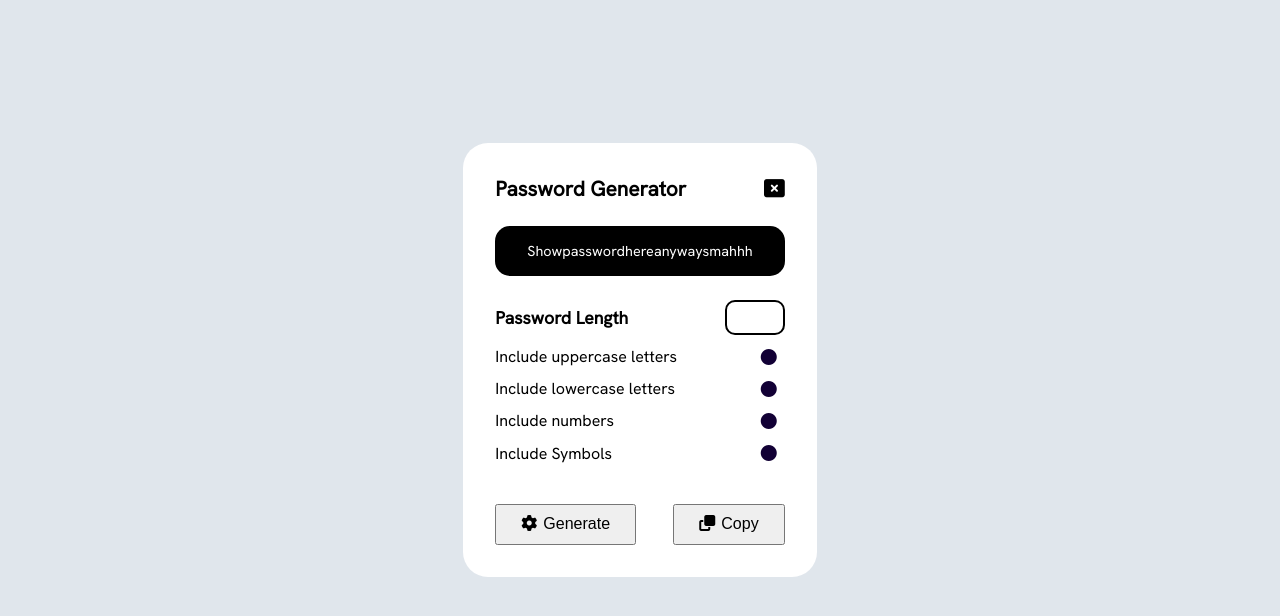
Repository: emiliaiwu/password_generator
Page: index.html
An editor plug-in stored every save of this project. The page is shown before and after a run of saves, followed by the edit.
The browser window is 1280 px wide. The pictures show the whole page.
Some web libraries are served in a nearby version.

Above is the page before, as saved 2022-12-14 04:44:41.

### index.html
<!DOCTYPE html>
<html lang="en">
<head>
    <meta charset="UTF-8">
    <meta http-equiv="X-UA-Compatible" content="IE=edge">
    <meta name="viewport" content="width=device-width, initial-scale=1.0">
    <link rel="stylesheet" href="style.css">
    <script src="https://kit.fontawesome.com/fd9c36575f.js" crossorigin="anonymous"></script>
    <title>Password Generator</title>
</head>
<body>
    <div class="container">
        <div class="title">
            <h2>Password Generator</h2>
            <i class="fa-solid fa-rectangle-xmark"></i>
        </div>

        <div class="display_password">
            <p>Showpasswordhereanywaysmahhh</p>
        </div>

        <div class="password_attributes">
            <div class="password_length">
                <h3>Password Length</h3>
                <input type="text">
            </div>

            <div class="password_includes">
                <ul>
                    <li class="list">
                        <label for="uppercase" id="uppercase_letters">Include uppercase letters
                            <i class="fa-solid fa-circle"></i>
                            <i class="fa-solid fa-circle-check"></i>
                            <input type="checkbox" name="uppercase" id="uppercase" class="uppercase">
                        </label>
                    </li>
                    <li class="list">
                        <label for="lowercase" id="lowercase_letters">Include lowercase letters
                            <i class="fa-solid fa-circle"></i>
                            <i class="fa-solid fa-circle-check"></i>
                            <input type="checkbox" name="lowercase" id="lowercase" class="lowercase">
                        </label>
                    </li>
                    <li class="list">
                        <label for="numbers" id="include_numbers">Include numbers
                            <i class="fa-solid fa-circle"></i>
                            <i class="fa-solid fa-circle-check"></i>
                            <input type="checkbox" name="numbers" id="numbers" class="numbers">
                        </label>

                    </li>
                    <li class="list">
                        <label for="symbols" id="include_symbols">Include Symbols
                            <i class="fa-solid fa-circle"></i>
                            <i class="fa-solid fa-circle-check"></i>
                            <input type="checkbox" name="symbols" id="symbols" class="symbols">
                        </label>

                    </li>
                </ul>
            </div>
        </div>

        <div class="cta">
            <button class="btn generate"><i class="fa-solid fa-gear"></i>Generate</button>
            <button class="btn copy"><i class="fa-solid fa-clone"></i>Copy</button>
        </div>
    </div>
</body>
</html>

### style.css
@import url('https://fonts.googleapis.com/css2?family=Hanken+Grotesk:wght@300;400&display=swap');


* {
    margin: 0;
    padding: 0;
    box-sizing: border-box;
    list-style-type: none;
}


:root {
    --BG-COLOR: #fff;
    --BG-COLOR2:
}


body {
    width: 100vw;
    height: 100vh;
    font-family: 'Hanken Grotesk', sans-serif;
    display: flex;
    align-items: center;
    justify-content: center;
    color: #000;
    background-color: rgb(224, 230, 236);
}

.container {
    background-color: var(--BG-COLOR);
    display: flex;
    flex-direction: column;
    align-items: left;
    justify-content: space-between;
    gap: 1.5rem;
    padding: 2rem;
    border-radius: 25px;

}

h2 {
   font-size: 1.3rem;
   font-family: inherit;
}

h3 {
    font-size: 1.1rem;
    font-family: inherit;
}

.title,
label,
.password_length,
.cta {
    display: flex;
    align-items: center;
    justify-content: space-between;
}

.fa-rectangle-xmark {
    font-size: 1.3rem;
}

.display_password {
    padding: 1rem 2rem;
    border-radius: 15px;
    background: #000000;
    color: #fff;
    overflow: hidden;
}

.display_password p {
    font-size: .9rem;
    word-wrap: break-word;
}

.password_length input[type="text"] {
    width: 60px;
    padding: .3rem .7rem;
    font-size: 1.1rem;
    border: 2px solid #000;
    border-radius: 10px;
}

.password_length input[type="text"]:focus {
    outline: none;
}

.list {
    margin-top: .7rem;

}

.list input[type="checkbox"] {
    /* width: 20px; */
    padding: 1rem;

}

label {
     position: relative;
}

.list .fa-solid {
    position: absolute;
    top: 50%;
    right: 0;
    transform: translate(-50%, -50%);
}

.fa-circle {
    color: #120035;
}

.fa-circle-check{
    opacity: 0;
}

.list input {
    opacity: 0;
}


.btn {
    margin-top: 1rem;
    padding: .6rem 1.5rem;
    font-size: 1rem;

}

.btn .fa-solid {
    margin-right: 6px;
}

After the next 2 saves:
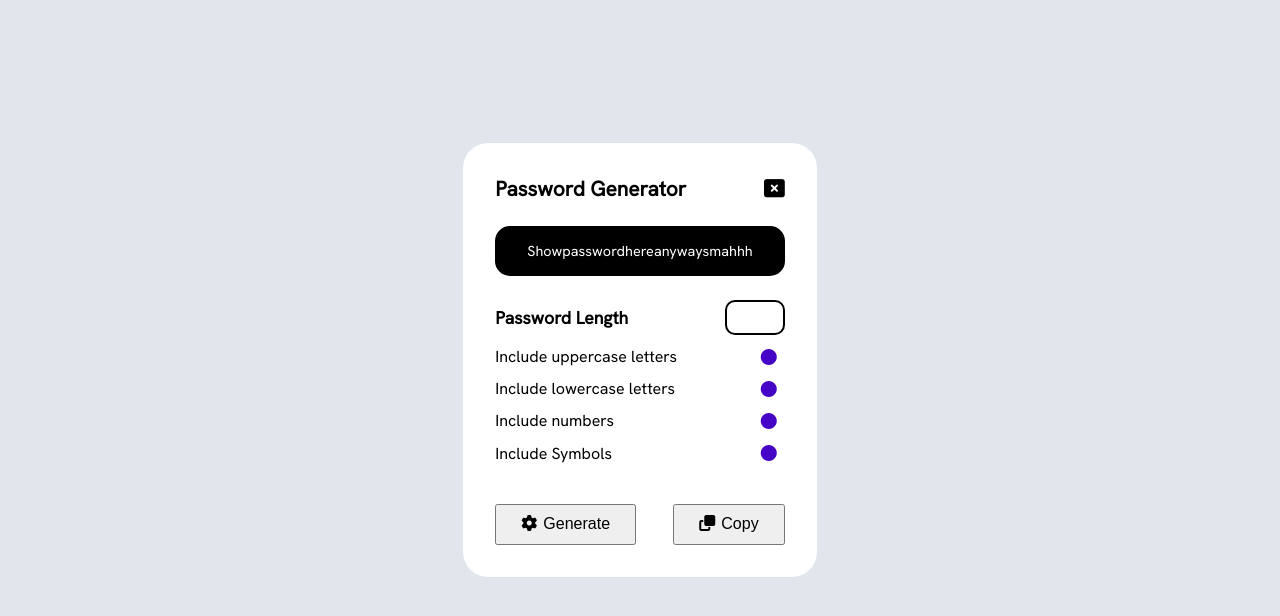
The 2 saves are shown as one change because they came seconds apart.
The last was saved 11 s later.
--- a/style.css
+++ b/style.css
@@ -109,7 +109,7 @@ label {
 }
 
 .fa-circle {
-    color: #120035;
+    color: #4504c6;
 }
 
 .fa-circle-check{
